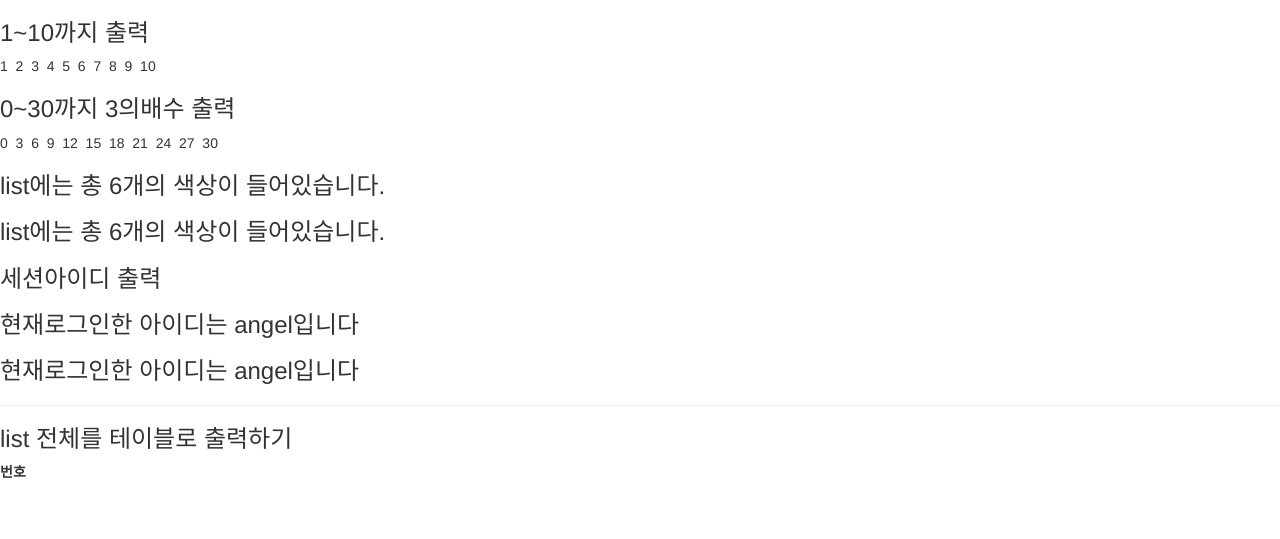
Repository: jungbee2/jungproject
Page: http://localhost/JstlProject/day0330/ex5_foreach.jsp
An editor plug-in stored every save of this project. The page is shown before and after the next save, followed by the edit.
The browser window is 1280 px wide. The pictures show the whole page.
Some web fonts or font styles are not loaded; a fallback is used. The page is served by Tomcat 9.

Above is the page before, as saved 2023-03-30 02:29:41.

After the next save:
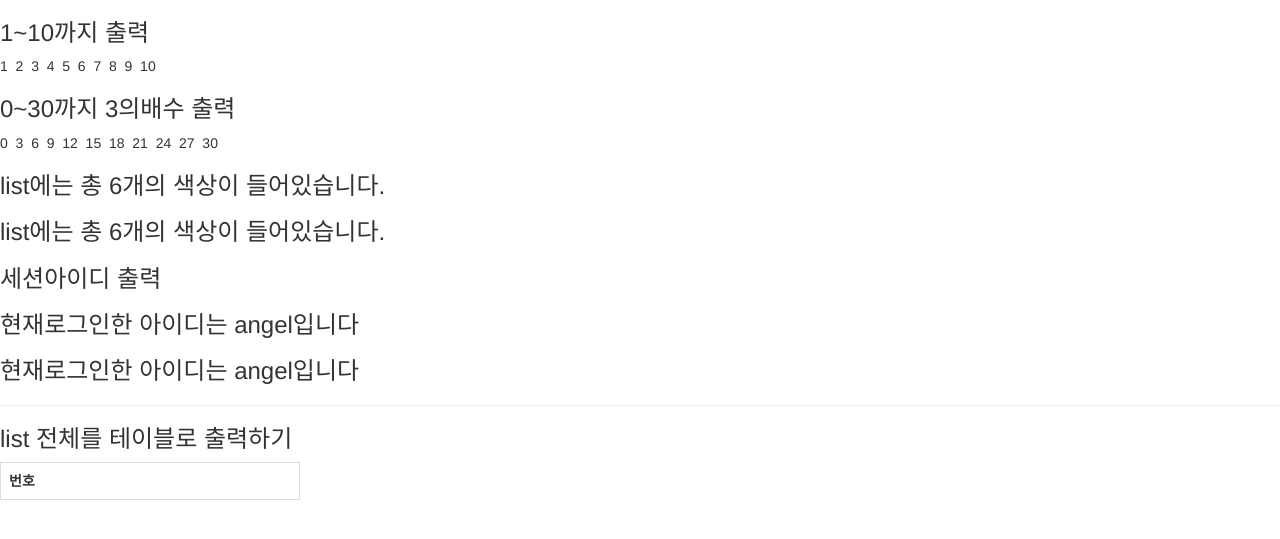
Saved 15 s later.
--- a/JstlProject/src/main/webapp/day0330/ex5_foreach.jsp
+++ b/JstlProject/src/main/webapp/day0330/ex5_foreach.jsp
@@ -59,7 +59,7 @@
 
 <hr>
 <h3>list 전체를 테이블로 출력하기</h3>
-<table>
+<table class="table table-bordered" style="width:300px;">
 <tr>
 <th>번호</th>
 </tr>
